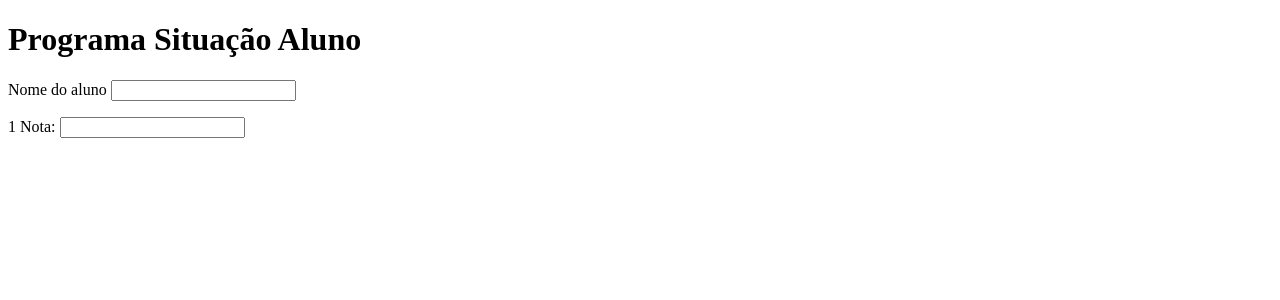
Repository: JhonMercedes/Javascript-book
Page: cap3/ex3_1.html
An editor plug-in stored every save of this project. The page is shown before and after the next save, followed by the edit.
The browser window is 1280 px wide. The pictures show the whole page.

Above is the page before, as saved 2021-12-08 23:44:50.

After the next save:
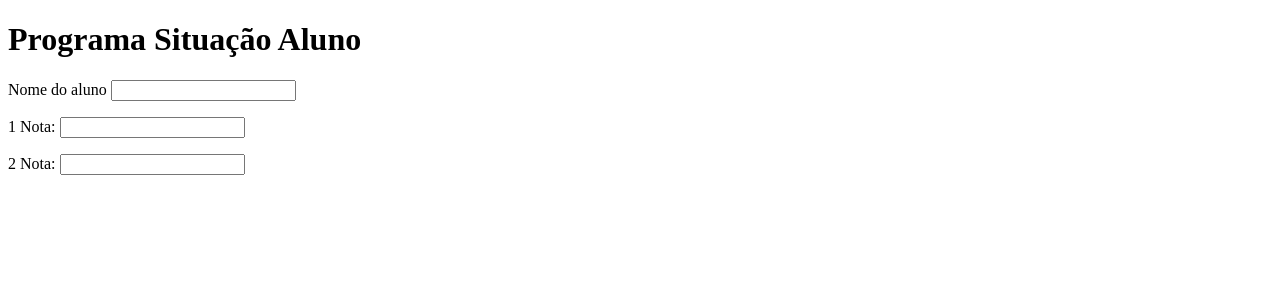
Saved 23 s later.
--- a/cap3/ex3_1.html
+++ b/cap3/ex3_1.html
@@ -15,5 +15,8 @@
     <p>1 Nota:
         <input type="text" id="inPnota">
     </p>
+    <p>2 Nota:
+        <input type="text" id="inSnota">
+    </p>
 </body>
 </html>
